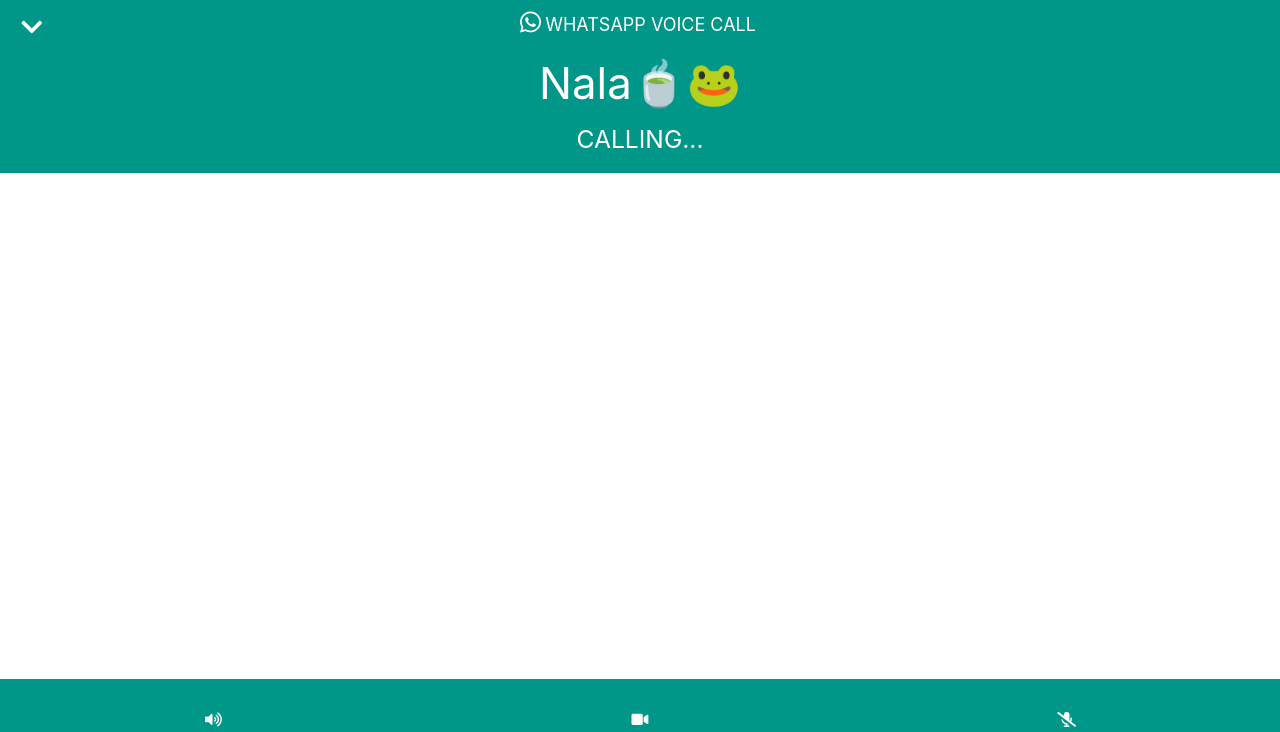
Repository: Ajtheult/Whatsapp_recreation
Page: /voice-call
These files come from the project's save history. The page is drawn as it stood at one moment and after the next save; the edit follows.
The browser window is 1280 px wide. The pictures show the whole page.
The project was rebuilt for these pictures with package versions that can differ from the ones it lists, and the page was loaded fresh each time. Also part of the build but not shown: src/components/layout/navbar/Navbar.js, src/components/layout/pages/ChatMenu.js, src/components/layout/pages/StatusMenu.js, src/components/layout/pages/CallMenu.js, src/components/layout/navbar/ContactNav.js, src/components/layout/pages/ContactMenu.js, src/components/layout/pages/preapp/LandingPage.js.

Above is the page before, as saved 2020-08-03 23:21:30.

After the next save:
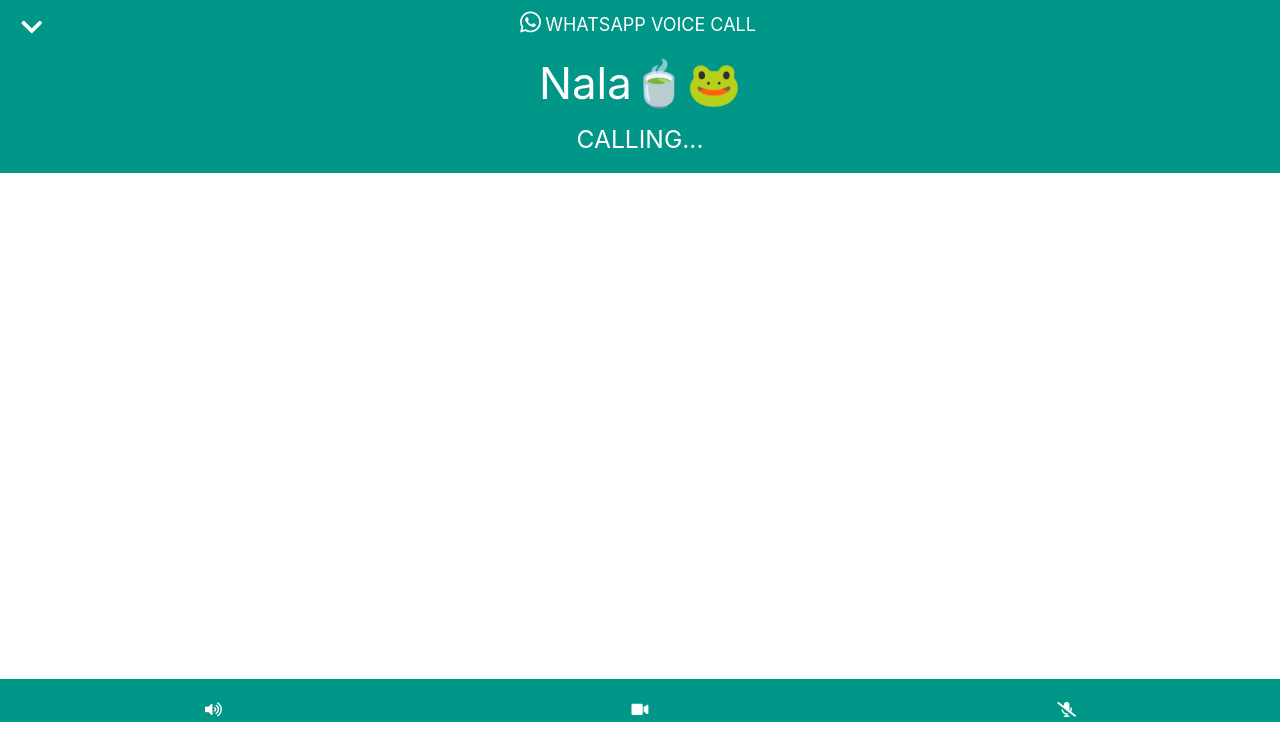
Saved 10 s later.
--- a/src/App.css
+++ b/src/App.css
@@ -286,5 +286,5 @@
 }
 
 .move_call_icons_up {
-  margin-top: 10px;
-}
+  margin-bottom: 10px;
+}
